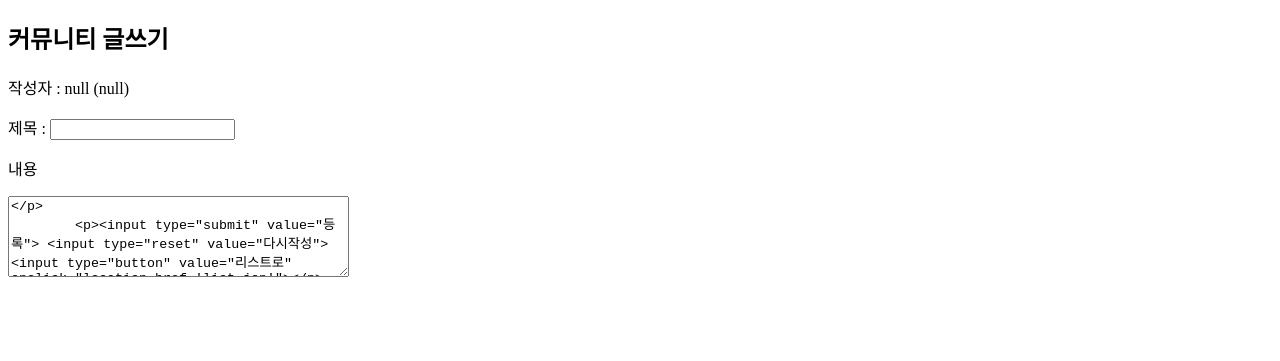
Repository: Blair-Kim/JSP
Page: http://localhost/Day4/board/write.jsp
The author's editor kept a copy of each file at every save. The page is drawn from the files as they stood at one save, then again after the next save.
The browser window is 1280 px wide. The pictures show the whole page.
The page is served by Tomcat 9.

Above is the page before, as saved 2022-01-18 02:17:42.

After the next save:
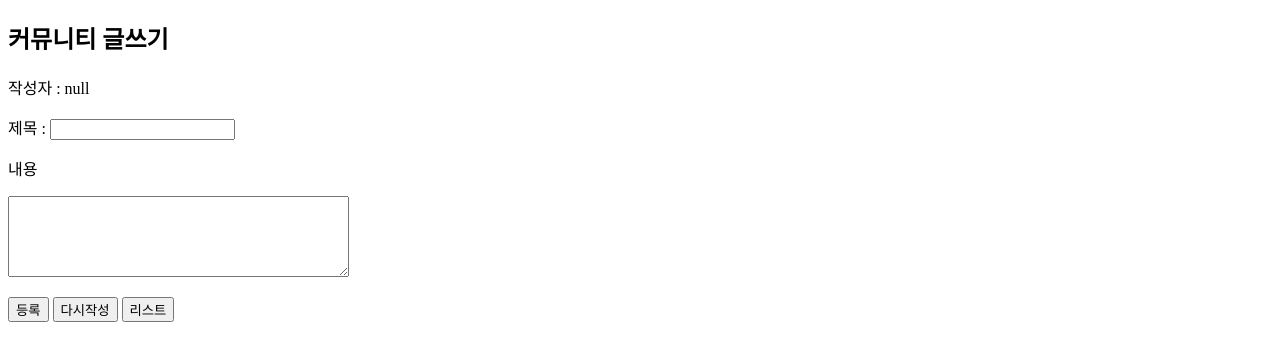
Saved 33 s later.
--- a/Day4/WebContent/board/write.jsp
+++ b/Day4/WebContent/board/write.jsp
@@ -18,15 +18,14 @@
 </head>
 <body>
 	<h2>커뮤니티 글쓰기</h2>
-	<form action="./write_ok.jsp" method="post">
-        <input type="hidden" id="isidcheck" value="n">
-        <input type="hidden" id="isssn" value="n">
-        <p>작성자 : <%=userid%> (<%=name%>)</p>
-        <p>제목 : <input type="text" name="b_title" id="b_title" maxlength="200"></p>
-        <p>내용</p>
-        <p><textarea rows="5" cols="40" name="b_content" id="b_title" maxlength="2000"></p>
-        <p><input type="submit" value="등록"> <input type="reset" value="다시작성"> <input type="button" value="리스트로" onclick="location.href='list.jsp'"></p>
-    </form>
+	<form method="post" action="write_ok.jsp">
+		<p>작성자 : <%=session.getAttribute("userid")%></p>
+		<p>제목 : <input type="text" name="b_title"></p>
+		<p>내용</p>
+		<p><textarea rows="5" cols="40" name="b_content"></textarea></p>
+		<p><input type="submit" value="등록"> <input type="reset" value="다시작성"> <input type="button" value="리스트" onclick="location.href=list.jsp"></p>
+	</form>
+
 
 	<!--
 		form action : write_ok.jsp
